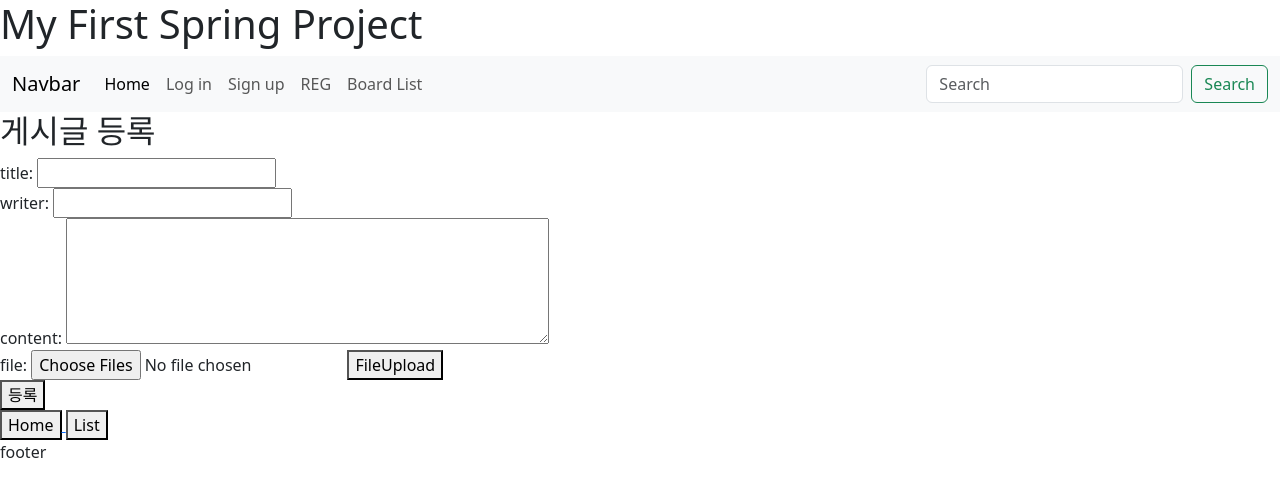
Repository: dfhdfhdfsza/springtest
Page: http://localhost/spring-Test/WEB-INF/views/board/register.jsp
These files come from the project's save history. The page is drawn as it stood at one moment and after the next save; the edit follows.
The browser window is 1280 px wide. The pictures show the whole page.
The page is served by Tomcat 9. Nobody is signed in. Other server files are loaded and not shown. The template is opened directly, without the code that normally fills it, so the values that code supplies are empty.

Above is the page before, as saved 2023-10-12 07:56:30.

### spring-Test/src/main/webapp/WEB-INF/views/board/register.jsp
<%@ page language="java" contentType="text/html; charset=UTF-8"
    pageEncoding="UTF-8"%>
    <%@ taglib uri="http://java.sun.com/jsp/jstl/core" prefix="c"%>
<!DOCTYPE html>
<html>

<head>
<meta charset="UTF-8">
<title>Insert title here</title>
</head>
<body>
	<jsp:include page="../layout/header.jsp"></jsp:include>
	<h2>게시글 등록</h2>
	<!-- mapping 상태는 get/post가 별도의 mapping을 가짐 -->
	<form action="/board/register" method="post">
		title: <input type="text" name="title"> <br>
		writer: <input type="text" name="writer" value="${loginmvo.id}" readonly="readonly"> <br>
		content: <textarea rows="5" cols="50" name="content"></textarea> <br>
		<!-- multiple:한번에 여러개의 파일을 등록 -->
		file: <input type="file" id="file" name="files" multiple="multiple" style="display">
		<button type="button">FileUpload</button> <br>
		<button type="submit">등록</button> <br>
	</form>
	<a href="/">
		<button type="button">Home</button>
	</a>
	<a href="/board/List">
		<button type="button">List</button>
	</a>
	<jsp:include page="../layout/footer.jsp"></jsp:include>
</body>
</html>

### spring-Test/src/main/webapp/WEB-INF/views/layout/header.jsp
<%@ page language="java" contentType="text/html; charset=UTF-8"
    pageEncoding="UTF-8"%>
    <%@ taglib prefix="c" uri="http://java.sun.com/jsp/jstl/core" %>
<!DOCTYPE html>
<html>
<head>
<meta charset="UTF-8">
<title>Insert title here</title>
<link href="https://cdn.jsdelivr.net/npm/bootstrap@5.3.1/dist/css/bootstrap.min.css" rel="stylesheet" integrity="sha384-4bw+/aepP/YC94hEpVNVgiZdgIC5+VKNBQNGCHeKRQN+PtmoHDEXuppvnDJzQIu9" crossorigin="anonymous">
<script src="https://cdn.jsdelivr.net/npm/bootstrap@5.3.1/dist/js/bootstrap.bundle.min.js" integrity="sha384-HwwvtgBNo3bZJJLYd8oVXjrBZt8cqVSpeBNS5n7C8IVInixGAoxmnlMuBnhbgrkm" crossorigin="anonymous"></script>
</head>
<body>
	<h1>My First Spring Project</h1>
	<nav class="navbar navbar-expand-lg bg-body-tertiary">
  <div class="container-fluid">
    <a class="navbar-brand" href="#">Navbar</a>
    <button class="navbar-toggler" type="button" data-bs-toggle="collapse" data-bs-target="#navbarSupportedContent" aria-controls="navbarSupportedContent" aria-expanded="false" aria-label="Toggle navigation">
      <span class="navbar-toggler-icon"></span>
    </button>
    <div class="collapse navbar-collapse" id="navbarSupportedContent">
      <ul class="navbar-nav me-auto mb-2 mb-lg-0">
        <li class="nav-item">
          <a class="nav-link active"  href="/">Home</a>
        </li>
       <c:if test="${loginmvo eq null}">
       		<li class="nav-item">
          		<a class="nav-link" href="/member/login" >Log in</a>
        	</li>
       </c:if>
        <c:if test="${loginmvo ne null}">
        	<li class="nav-item">
          		<a class="nav-link"  href="/member/logout">Log out</a>
        	</li>
        </c:if>
        <li class="nav-item">
          <a class="nav-link" href="/member/signup">Sign up</a>
        </li>
        <li class="nav-item">
          <a class="nav-link"  href="/board/register">REG</a>
        </li>
        <li class="nav-item">
          <a class="nav-link" href="/board/list">Board List</a>
        </li>
        <c:if test="${loginmvo ne null}">
        	<li> <a class="nav-link" href="/member/modify">${loginmvo.id} 님 로그인되셨습니다.</a></li>
		</c:if>
      </ul>
      <form class="d-flex" role="search">
        <input class="form-control me-2" type="search" placeholder="Search" aria-label="Search">
        <button class="btn btn-outline-success" type="submit">Search</button>
      </form>
    </div>
  </div>
</nav>

### spring-Test/src/main/webapp/WEB-INF/views/layout/footer.jsp
<%@ page language="java" contentType="text/html; charset=UTF-8"
    pageEncoding="UTF-8"%>


	<div>
		footer
	</div>
</body>
</html>

After the next save:
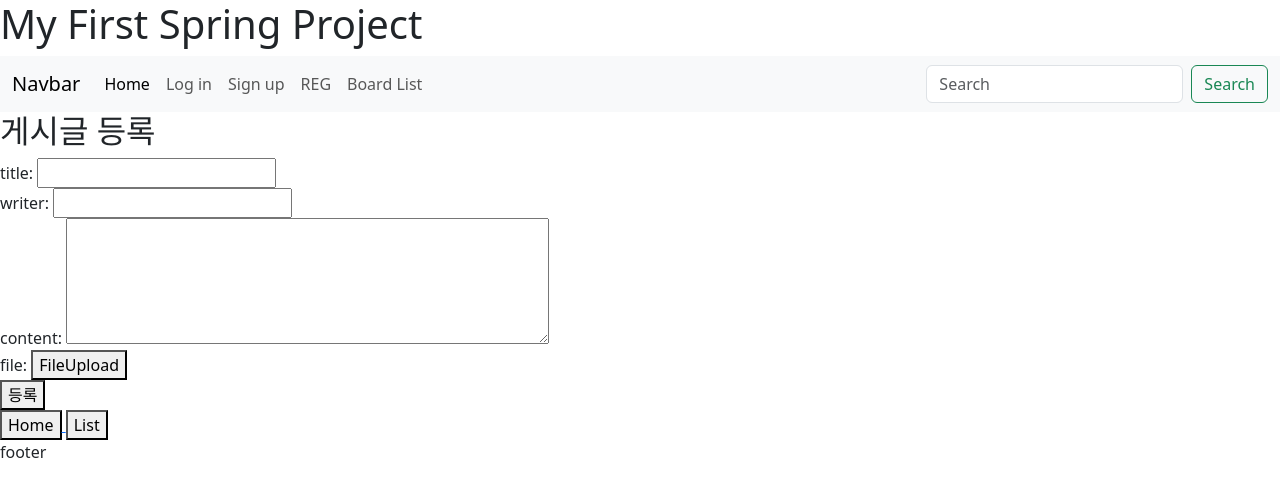
Saved 10 s later.
--- a/spring-Test/src/main/webapp/WEB-INF/views/board/register.jsp
+++ b/spring-Test/src/main/webapp/WEB-INF/views/board/register.jsp
@@ -17,7 +17,7 @@
 		writer: <input type="text" name="writer" value="${loginmvo.id}" readonly="readonly"> <br>
 		content: <textarea rows="5" cols="50" name="content"></textarea> <br>
 		<!-- multiple:한번에 여러개의 파일을 등록 -->
-		file: <input type="file" id="file" name="files" multiple="multiple" style="display">
+		file: <input type="file" id="file" name="files" multiple="multiple" style="display:none">
 		<button type="button">FileUpload</button> <br>
 		<button type="submit">등록</button> <br>
 	</form>
